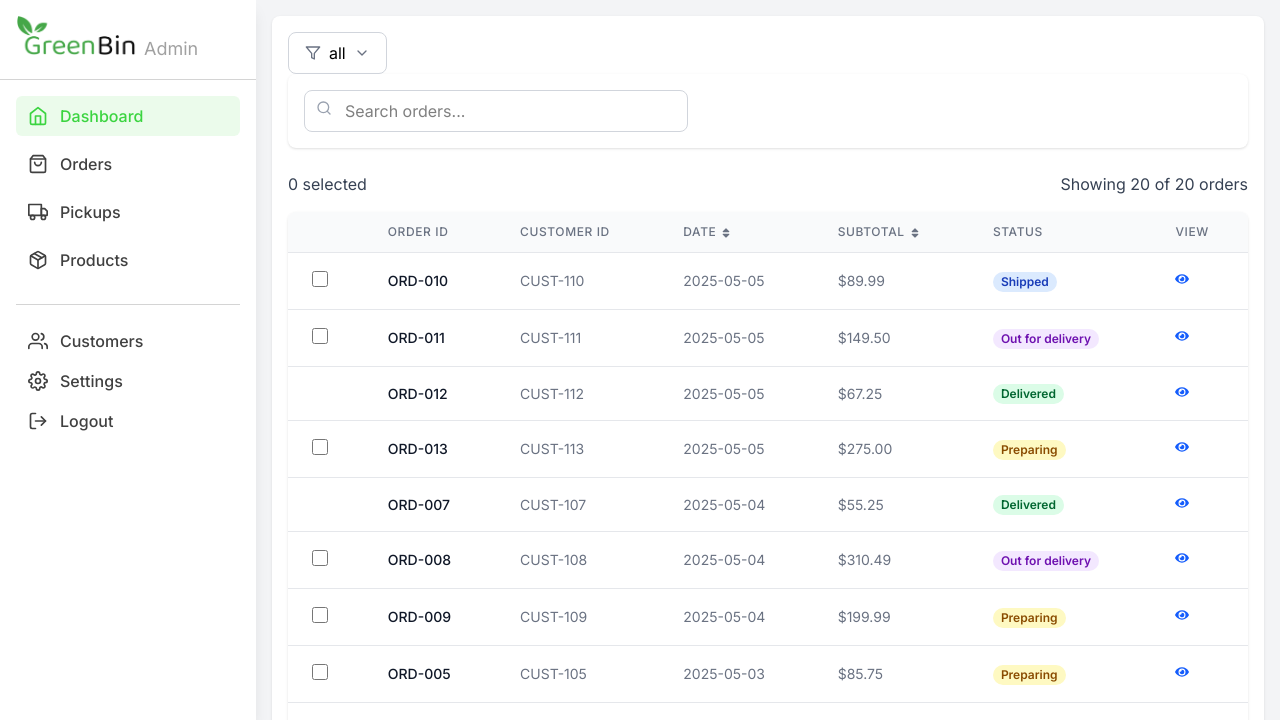
Repository: Siddhu123456/Plastic-Waste-Management
Page: /allorders (app in frontend/)
An editor plug-in stored every save of this project. The page is shown before and after the next save, followed by the edit.
The browser window is 1280 px wide. The pictures show the whole page.
An inner scrolling area shows only its first screen. The project was rebuilt for these pictures with package versions that can differ from the ones it lists, and the page was loaded fresh each time. Also part of the build but not shown: frontend/vite.config.js, frontend/src/components/ProductCard.jsx, frontend/src/components/TrendingProductsCarousel.jsx, frontend/src/pages/Home.jsx, frontend/src/components/FilterBar.jsx, frontend/src/components/Loader.jsx, frontend/src/pages/customer/Shop.jsx, frontend/src/pages/customer/Recycle.jsx and 23 more. Imported but missing from the stored project, and not drawn on this page: frontend/src/pages/Help, frontend/src/pages/customer/WishList.

Above is the page before, as saved 2025-05-07 08:46:11.

### frontend/src/index.css
@import url('https://fonts.googleapis.com/css2?family=Fugaz+One&family=Montserrat:ital@0;1&display=swap');
@import url('https://fonts.googleapis.com/css2?family=Inter:ital,opsz,wght@0,14..32,100..900;1,14..32,100..900&display=swap');
@import "tailwindcss";


@custom-variant dark (&:where(.dark, .dark *));


@theme{
  --color-ow : #f5f5f5;
  --color-dbg : #000803;
  --color-dsc : #1e221f;
  --color-dtc : #313532;
  --color-lgg : #3bd440;
  --color-tc : #1e1e1e;
  --color-lgd : #2aa12e;
  --color-bl: #1D2A35;
  --color-lg-trans : rgba(69, 167, 72, 0.3);
}

@layer components {
  .pri-btn {
    @apply text-white cursor-pointer text-center rounded-lg bg-lgg hover:bg-lgd transition duration-300
  }
  .white-btn {
    @apply text-lgg cursor-pointer text-center rounded-2xl bg-ow transition duration-300
  }
  .trans-btn{
    @apply border text-center rounded-2xl cursor-pointer border-lgg text-lgg hover:bg-lgg hover:text-white transition
  }

  .white-trans-btn{
    @apply border text-center rounded-2xl cursor-pointer border-white text-white transition duration-300
  }
}

@layer utilities{
  .no-scrollbar::-webkit-scrollbar {
    display: none;
}
.no-scrollbar {
    -ms-overflow-style: none;
    scrollbar-width: none;
}
}

:root{
  font-family: "Inter", sans-serif;
  background-color: #f5f5f5;
  box-sizing: border-box;
  overflow-x: hidden;
}


input[type='range'] {
  pointer-events: all;
  height: 0;
}

input[type='range']::-webkit-slider-thumb {
  appearance: none;
  height: 16px;
  width: 16px;
  background: #22c55e;
  border-radius: 9999px;
  cursor: pointer;
  border: none;
}

input[type='range']::-moz-range-thumb {
  height: 16px;
  width: 16px;
  background: #22c55e;
  border-radius: 9999px;
  cursor: pointer;
  border: none;
}

### frontend/src/App.jsx
import { CartProvider } from './components/CartContext.jsx';
import AppRoutes from './routes/AppRoutes.jsx'


const App = () => (
    <CartProvider>
        <AppRoutes />
    </CartProvider>
)

export default App;

### frontend/src/components/CartContext.jsx
import { createContext, useContext, useState } from "react";

const CartContext = createContext();

export const CartProvider = ({ children }) => {
  const [cartCount, setCartCount] = useState(0);

  return (
    <CartContext.Provider value={{ cartCount, setCartCount }}>
      {children}
    </CartContext.Provider>
  );
};

export const useCart = () => useContext(CartContext);

### frontend/src/routes/ScrollToTop.jsx
import { useEffect } from "react";
import { useLocation } from "react-router-dom";

const ScrollToTop = () => {
    const {pathname} = useLocation()
    useEffect(() => {
        window.scrollTo(0,0)
    },[pathname])

    return null
}

export default ScrollToTop;

### frontend/src/pages/admin/Orders.jsx
import { useState, useEffect } from 'react';
import { FaSort, FaEye, FaCheck, FaFilter, FaSearch, FaCalendar } from 'react-icons/fa';
import { LuChevronDown, LuFilter, LuSearch } from 'react-icons/lu';

// Sample data
const sampleOrders = [
  { id: 'ORD-001', customerId: 'CUST-101', date: '2025-05-01', subtotal: 125.99, status: 'preparing' },
  { id: 'ORD-002', customerId: 'CUST-102', date: '2025-05-01', subtotal: 79.50, status: 'shipped' },
  { id: 'ORD-003', customerId: 'CUST-103', date: '2025-05-02', subtotal: 299.99, status: 'out for delivery' },
  { id: 'ORD-004', customerId: 'CUST-104', date: '2025-05-02', subtotal: 149.99, status: 'delivered' },
  { id: 'ORD-005', customerId: 'CUST-105', date: '2025-05-03', subtotal: 85.75, status: 'preparing' },
  { id: 'ORD-006', customerId: 'CUST-106', date: '2025-05-03', subtotal: 235.50, status: 'shipped' },
  { id: 'ORD-007', customerId: 'CUST-107', date: '2025-05-04', subtotal: 55.25, status: 'delivered' },
  { id: 'ORD-008', customerId: 'CUST-108', date: '2025-05-04', subtotal: 310.49, status: 'out for delivery' },
  { id: 'ORD-009', customerId: 'CUST-109', date: '2025-05-04', subtotal: 199.99, status: 'preparing' },
  { id: 'ORD-010', customerId: 'CUST-110', date: '2025-05-05', subtotal: 89.99, status: 'shipped' },
  { id: 'ORD-011', customerId: 'CUST-111', date: '2025-05-05', subtotal: 149.50, status: 'out for delivery' },
  { id: 'ORD-012', customerId: 'CUST-112', date: '2025-05-05', subtotal: 67.25, status: 'delivered' },
  { id: 'ORD-013', customerId: 'CUST-113', date: '2025-05-05', subtotal: 275.00, status: 'preparing' },
  { id: 'ORD-014', customerId: 'CUST-114', date: '2025-04-30', subtotal: 125.75, status: 'shipped' },
  { id: 'ORD-015', customerId: 'CUST-115', date: '2025-04-30', subtotal: 189.99, status: 'out for delivery' },
  { id: 'ORD-016', customerId: 'CUST-116', date: '2025-04-29', subtotal: 210.50, status: 'delivered' },
  { id: 'ORD-017', customerId: 'CUST-117', date: '2025-04-29', subtotal: 99.99, status: 'preparing' },
  { id: 'ORD-018', customerId: 'CUST-118', date: '2025-04-28', subtotal: 155.49, status: 'shipped' },
  { id: 'ORD-019', customerId: 'CUST-119', date: '2025-04-28', subtotal: 78.25, status: 'out for delivery' },
  { id: 'ORD-020', customerId: 'CUST-120', date: '2025-04-27', subtotal: 299.99, status: 'delivered' }
];

const getNextStatus = (currentStatus) => {
  const statusFlow = {
    'preparing': 'shipped',
    'shipped': 'out for delivery',
    'out for delivery': 'delivered'
  };
  return statusFlow[currentStatus] || currentStatus;
};

export default function OrdersPage() {
  const [orders, setOrders] = useState([]);
  const [selectedOrders, setSelectedOrders] = useState([]);
  const [statusFilter, setStatusFilter] = useState('');
  const [searchQuery, setSearchQuery] = useState('');
  const [isFilterOpen, setIsFilterOpen] = useState(false)
  const [sortConfig, setSortConfig] = useState({ key: 'date', direction: 'desc' });
  const [viewOrder, setViewOrder] = useState(null);

  useEffect(() => {
    setOrders(sampleOrders);
  }, []);

  const handleSort = (key) => {
    const direction = sortConfig.key === key && sortConfig.direction === 'asc' ? 'desc' : 'asc';
    setSortConfig({ key, direction });
  };

  const sortedOrders = [...orders].sort((a, b) => {
    if (sortConfig.key === 'date') {
      return sortConfig.direction === 'asc'
        ? new Date(a.date) - new Date(b.date)
        : new Date(b.date) - new Date(a.date);
    } else if (sortConfig.key === 'subtotal') {
      return sortConfig.direction === 'asc'
        ? a.subtotal - b.subtotal
        : b.subtotal - a.subtotal;
    }
    return 0;
  });

  const filteredOrders = sortedOrders.filter(order => {
    // Status filter
    if (statusFilter && order.status !== statusFilter) return false;

    // Search query filter
    if (searchQuery) {
      const query = searchQuery.toLowerCase();
      return order.id.toLowerCase().includes(query) ||
             order.customerId.toLowerCase().includes(query);
    }

    return true;
  });

  const handleCheckboxChange = (orderId) => {
    setSelectedOrders(prev => {
      if (prev.includes(orderId)) {
        return prev.filter(id => id !== orderId);
      } else {
        return [...prev, orderId];
      }
    });
  };

  const handleRowClick = (order) => {
    // Don't allow selection of delivered items
    if (order.status === 'delivered') return;

    const orderId = order.id;
    if (!selectedOrders.includes(orderId)) {
      setSelectedOrders(prev => [...prev, orderId]);
    } else {
      setSelectedOrders(prev => prev.filter(id => id !== orderId));
    }
  };

  const handleUpdateStatus = () => {
    if (selectedOrders.length === 0) return;

    console.log(selectedOrders)
    setOrders(prev =>
      prev.map(order => {
        if (selectedOrders.includes(order.id) && order.status !== 'delivered') {
          return { ...order, status: getNextStatus(order.status) };
        }
        return order;
      })
    );

    // Clear selected orders that have been updated to 'delivered'
    setSelectedOrders(prev => {
      const updatedSelectedOrders = [];
      for (const orderId of prev) {
        const order = orders.find(o => o.id === orderId);
        if (order && getNextStatus(order.status) !== 'delivered') {
          updatedSelectedOrders.push(orderId);
        }
      }
      return updatedSelectedOrders;
    });
  };


  return (
    <div className="bg-white p-4 rounded-lg shadow-sm mb-6">
      <div className="flex flex-col md:flex-row md:items-center md:justify-between space-y-4 md:space-y-0">

      <div className="flex flex-col md:flex-row items-start md:items-center space-y-4 md:space-y-0 md:space-x-4">
        <div className="relative">
          <button
            onClick={() => setIsFilterOpen(!isFilterOpen)}
            className="flex items-center px-4 py-2 border border-gray-300 rounded-lg hover:bg-gray-50"
          >
            <LuFilter className="h-4 w-4 mr-2 text-gray-500" />
              {statusFilter === '' ? 'all':statusFilter}
            <LuChevronDown className="h-4 w-4 ml-2 text-gray-500" />
          </button>

          {isFilterOpen && (
            <div className="absolute right-0 mt-2 w-48 bg-white rounded-md shadow-lg z-10 border border-gray-200">
              <div className="py-1">
                <button
                  onClick={() => {setStatusFilter(""); setIsFilterOpen(false);}}
                  className="block px-4 py-2 text-sm text-gray-700 hover:bg-gray-100 w-full text-left"
                >
                  All
                </button>
                <button
                  onClick={() => {setStatusFilter("preparing"); setIsFilterOpen(false);}}
                  className="block px-4 py-2 text-sm text-gray-700 hover:bg-gray-100 w-full text-left"
                >
                  Preparing
                </button>
                <button
                  onClick={() => {setStatusFilter("shipped"); setIsFilterOpen(false);}}
                  className="block px-4 py-2 text-sm text-gray-700 hover:bg-gray-100 w-full text-left"
                >
                  Shipped
                </button>
                <button
                  onClick={() => {setStatusFilter("out for delivery"); setIsFilterOpen(false);}}
                  className="block px-4 py-2 text-sm text-gray-700 hover:bg-gray-100 w-full text-left"
                >
                  Out for Delivery
                </button>
                <button
                  onClick={() => {setStatusFilter("delivered"); setIsFilterOpen(false);}}
                  className="block px-4 py-2 text-sm text-gray-700 hover:bg-gray-100 w-full text-left"
                >
                  Delivered
                </button>
              </div>
            </div>
          )}
        </div>
        </div>
      </div>


      {/* Filters */}
      <div className="bg-white p-4 rounded-lg shadow mb-6">
        <div className="flex flex-wrap gap-4 items-center">
          <div className="flex items-center w-full md:w-96">
                        <div className="relative flex-grow">
                          <input
                            type="text"
                            placeholder="Search orders..."
                            value={searchQuery}
                            onChange={(e) => setSearchQuery(e.target.value)}
                            className="w-full pl-10 pr-4 py-2 border border-gray-300 rounded-lg focus:ring-indigo-500 focus:border-indigo-500"
                          />
                          <LuSearch className="absolute left-3 top-2.5 h-4 w-4 text-gray-400" />
                        </div>
                      </div>

        </div>
      </div>

      {/* Actions */}
      <div className="mb-4 flex justify-between items-center">
        <div className="flex items-center">
          <span className="text-gray-700 mr-2">{selectedOrders.length} selected</span>
          {selectedOrders.length > 0 && (
            <>
              <button
                className="bg-blue-500 text-white px-4 py-2 rounded hover:bg-blue-600 transition mr-2"
                onClick={handleUpdateStatus}
              >
                Update Status
              </button>
              <button
                className="bg-gray-300 text-gray-700 px-4 py-2 rounded hover:bg-gray-400 transition"
                onClick={() => setSelectedOrders([])}
              >
                Clear Selection
              </button>
            </>
          )}
        </div>
        <div className="text-gray-700">
          Showing {filteredOrders.length} of {orders.length} orders
        </div>
      </div>

      {/* Orders Table */}
      <div className="bg-white rounded-lg shadow overflow-x-auto">
        <table className="min-w-full divide-y divide-gray-200">
          <thead className="bg-gray-50">
            <tr>
              <th className="px-3 py-3 text-left text-xs font-medium text-gray-500 uppercase tracking-wider">

              </th>
              <th className="px-6 py-3 text-left text-xs font-medium text-gray-500 uppercase tracking-wider">
                Order ID
              </th>
              <th className="px-6 py-3 text-left text-xs font-medium text-gray-500 uppercase tracking-wider">
                Customer ID
              </th>
              <th
                className="px-6 py-3 text-left text-xs font-medium text-gray-500 uppercase tracking-wider cursor-pointer"
                onClick={() => handleSort('date')}
              >
                Date
                <FaSort className="inline ml-1" />
              </th>
              <th
                className="px-6 py-3 text-left text-xs font-medium text-gray-500 uppercase tracking-wider cursor-pointer"
                onClick={() => handleSort('subtotal')}
              >
                Subtotal
                <FaSort className="inline ml-1" />
              </th>
              <th className="px-6 py-3 text-left text-xs font-medium text-gray-500 uppercase tracking-wider">
                Status
              </th>
              <th className="px-6 py-3 text-left text-xs font-medium text-gray-500 uppercase tracking-wider">
                View
              </th>
            </tr>
          </thead>
          <tbody className="bg-white divide-y divide-gray-200">
            {filteredOrders.map((order) => (
              <tr
                key={order.id}
                className={`${selectedOrders.includes(order.id) ? 'bg-blue-50' : 'hover:bg-gray-50'} ${order.status === 'delivered' ? 'cursor-default' : 'cursor-pointer'}`}
                onClick={() => handleRowClick(order)}
              >
                <td className="px-6 py-4 whitespace-nowrap">
                  {order.status !== 'delivered' && (
                    <input
                      type="checkbox"
                      className="h-4 w-4 text-blue-600 border-gray-300 rounded"
                      checked={selectedOrders.includes(order.id)}
                      onChange={(e) => {
                        e.stopPropagation();
                        handleCheckboxChange(order.id);
                      }}
                    />
                  )}
                </td>
                <td className="px-6 py-4 whitespace-nowrap text-sm font-medium text-gray-900">
                  {order.id}
                </td>
                <td className="px-6 py-4 whitespace-nowrap text-sm text-gray-500">
                  {order.customerId}
                </td>
                <td className="px-6 py-4 whitespace-nowrap text-sm text-gray-500">
                  {order.date}
                </td>
                <td className="px-6 py-4 whitespace-nowrap text-sm text-gray-500">
                  ${order.subtotal.toFixed(2)}
                </td>
                <td className="px-6 py-4 whitespace-nowrap text-sm">
                  <span className={`px-2 inline-flex text-xs leading-5 font-semibold rounded-full
                    ${order.status === 'preparing' ? 'bg-yellow-100 text-yellow-800' : ''}
                    ${order.status === 'shipped' ? 'bg-blue-100 text-blue-800' : ''}
                    ${order.status === 'out for delivery' ? 'bg-purple-100 text-purple-800' : ''}
                    ${order.status === 'delivered' ? 'bg-green-100 text-green-800' : ''}
                  `}>
                    {order.status.charAt(0).toUpperCase() + order.status.slice(1)}
                  </span>
                </td>
                <td className="px-6 py-4 whitespace-nowrap text-sm text-gray-500">
                  <button
                    className="text-blue-600 hover:text-blue-900"
                    onClick={(e) => {
                      e.stopPropagation();
                      setViewedOrder(order);
                    }}
                  >
                    <FaEye />
                  </button>
                </td>
              </tr>
            ))}
          </tbody>
        </table>
      </div>

      {/* Order Details Modal */}
      {viewOrder && (
              <div className="fixed inset-0 bg-black bg-opacity-50 flex items-center justify-center z-50">
                <div className="bg-white rounded-lg shadow-xl w-full max-w-2xl">
                  <div className="flex justify-between items-center p-4 border-b">
                    <h3 className="text-lg font-medium">Order Details: {viewOrder.id}</h3>
                    <button onClick={() => setViewOrder(null)}>
                      <LuX className="h-5 w-5 text-gray-500 hover:text-gray-700" />
                    </button>
                  </div>

                  <div className="p-6">
                    <div className="grid grid-cols-2 gap-4 mb-6">
                      <div>
                        <p className="text-sm text-gray-500">Customer</p>
                        <p className="font-medium">{viewOrder.customer}</p>
                      </div>
                      <div>
                        <p className="text-sm text-gray-500">Order Date</p>
                        <p className="font-medium">{viewOrder.orderDate}</p>
                      </div>
                      <div>
                        <p className="text-sm text-gray-500">Status</p>
                        <LuBadge status={viewOrder.status} />
                      </div>
                      <div>
                        <p className="text-sm text-gray-500">Subtotal</p>
                        <p className="font-medium">${viewOrder.subTotal.toFixed(2)}</p>
                      </div>
                    </div>

                    <h4 className="font-medium mb-2">Products</h4>
                    <div className="border rounded-lg overflow-hidden">
                      <table className="min-w-full divide-y divide-gray-200">
                        <thead className="bg-gray-50">
                          <tr>
                            <th scope="col" className="px-4 py-3 text-left text-xs font-medium text-gray-500 uppercase">Product</th>
                            <th scope="col" className="px-4 py-3 text-left text-xs font-medium text-gray-500 uppercase">Quantity</th>
                            <th scope="col" className="px-4 py-3 text-left text-xs font-medium text-gray-500 uppercase">Price</th>
                            <th scope="col" className="px-4 py-3 text-left text-xs font-medium text-gray-500 uppercase">Total</th>
                          </tr>
                        </thead>
                        <tbody className="bg-white divide-y divide-gray-200">
                          {viewOrder.products.map((product, index) => (
                            <tr key={index}>
                              <td className="px-4 py-3 whitespace-nowrap text-gray-700">{product.name}</td>
                              <td className="px-4 py-3 whitespace-nowrap text-gray-700">{product.quantity}</td>
                              <td className="px-4 py-3 whitespace-nowrap text-gray-700">${product.price.toFixed(2)}</td>
                              <td className="px-4 py-3 whitespace-nowrap text-gray-700">${(product.price * product.quantity).toFixed(2)}</td>
                            </tr>
                          ))}
                        </tbody>
                      </table>
                    </div>
                  </div>

                  <div className="bg-gray-50 px-4 py-3 flex justify-end gap-2 rounded-b-lg">
                    <button
                      className="px-4 py-2 bg-white border border-gray-300 rounded-md text-sm font-medium text-gray-700 hover:bg-gray-50"
                      onClick={() => setViewOrder(null)}
                    >
                      Close
                    </button>
                    <button className="px-4 py-2 bg-indigo-600 border border-transparent rounded-md text-sm font-medium text-white hover:bg-indigo-700">
                      Edit Order
                    </button>
                  </div>
                </div>
              </div>
      )}
    </div>
  );
}

### frontend/src/pages/admin/AdminLayout.jsx
import React, { useState } from "react";
import { FiMenu } from "react-icons/fi";
import Sidebar from "../../components/Sidebar";
import { Outlet } from "react-router-dom";
import LogoGBB from '../../assets/images/logoGBB.png'


const AdminLayout = () => {
  const [sidebarOpen, setSidebarOpen] = useState(false);
  const [activePage, setActivePage] = useState('dashboard');

  const toggleSidebar = () => {
    setSidebarOpen(!sidebarOpen);
  };

  return (
    <div className="flex h-screen bg-gray-100 dark:bg-dsc">
      {/* Sidebar */}
      <Sidebar
        activePage={activePage}
        setActivePage={setActivePage}
        sidebarOpen={sidebarOpen}
        toggleSidebar={toggleSidebar}
      />

      {/* Main Content */}
      <div className="flex flex-col flex-1 xl:ml-64">
        {/* Top bar with menu toggle */}
        <header className="bg-white shadow-sm z-10 xl:hidden">
          <div className="px-4 py-1 flex items-center gap-4">
            <button
              onClick={toggleSidebar}
              className="mr-2 text-gray-600 focus:outline-none"
            >
              <FiMenu className="h-6 w-6" />
            </button>
            <div className=" flex items-baseline gap-2">
              <img className="w-30" src={LogoGBB} alt="GreenBin" />
              <p className="text-lg text-neutral-400">Admin</p>
            </div>
          </div>
        </header>

        {/* Page content */}
        <main className="flex-1 p-3 sm:p-4 overflow-auto">
          <Outlet />
        </main>
      </div>

      {/* Overlay to close sidebar on mobile */}
      {sidebarOpen && (
        <div
          className="fixed inset-0 bg-black/50 z-40 xl:hidden"
          onClick={toggleSidebar}
        />
      )}
    </div>
  );
};

export default AdminLayout;

### frontend/src/components/SidebarItem.jsx
import { Link } from "react-router-dom";

const SidebarItem = ({ icon, title,val, active, onClick }) => {
    return (
    <Link to={`/${val}`}>
          <button
        onClick={onClick}
        className={`flex items-center w-full px-3 py-2 rounded-md transition-colors cursor-pointer ${
          active ? 'bg-lgg/10 text-lgg' : 'text-neutral-700 hover:bg-lgg/10'
        }`}
      >
        <span className="mr-3">{icon}</span>
        <span className="font-medium">{title}</span>
      </button>
    </Link>
    )
  }

  export default SidebarItem;

Loaded but not shown: frontend/index.html (common file); frontend/src/main.jsx (common file); frontend/src/components/Sidebar.jsx (79 lines, source omitted); frontend/src/routes/AppRoutes.jsx (54 lines, source omitted)

After the next save:
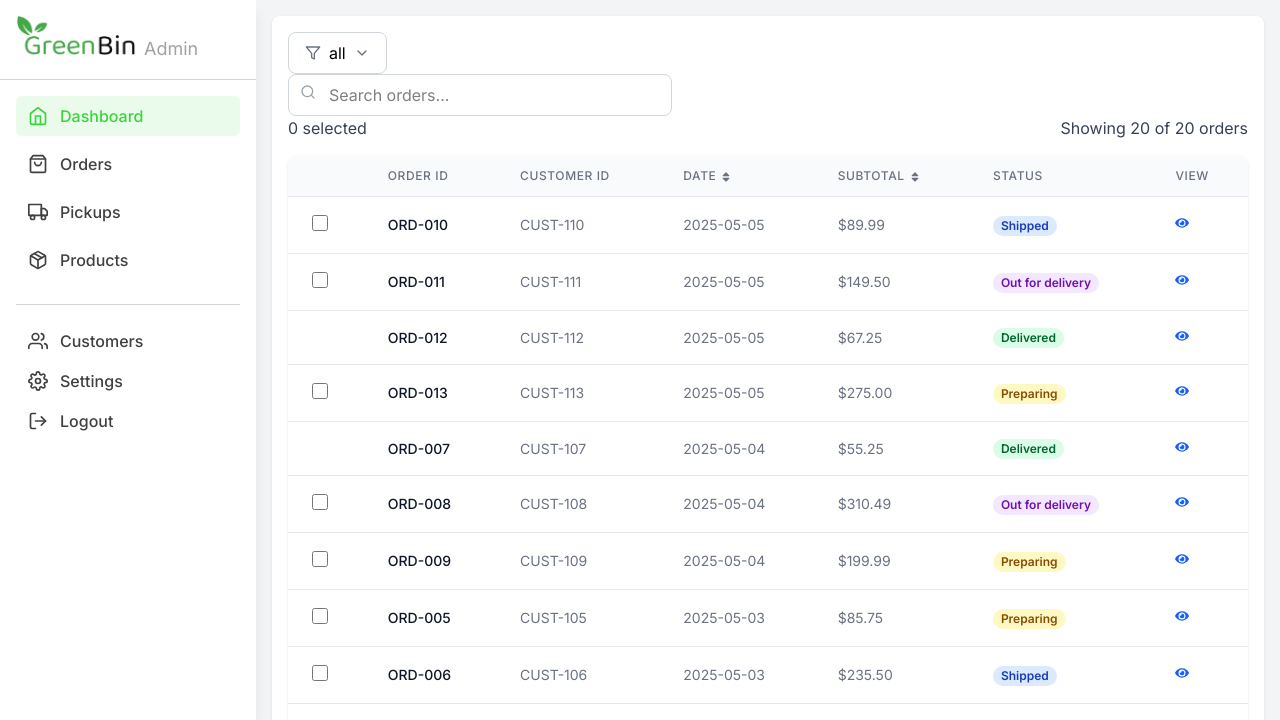
Saved 74 s later.
--- a/frontend/src/pages/admin/Orders.jsx
+++ b/frontend/src/pages/admin/Orders.jsx
@@ -185,9 +185,7 @@ export default function OrdersPage() {
       </div>
 
 
-      {/* Filters */}
-      <div className="bg-white p-4 rounded-lg shadow mb-6">
-        <div className="flex flex-wrap gap-4 items-center">
+
           <div className="flex items-center w-full md:w-96">
                         <div className="relative flex-grow">
                           <input
@@ -201,8 +199,6 @@ export default function OrdersPage() {
                         </div>
                       </div>
 
-        </div>
-      </div>
 
       {/* Actions */}
       <div className="mb-4 flex justify-between items-center">
